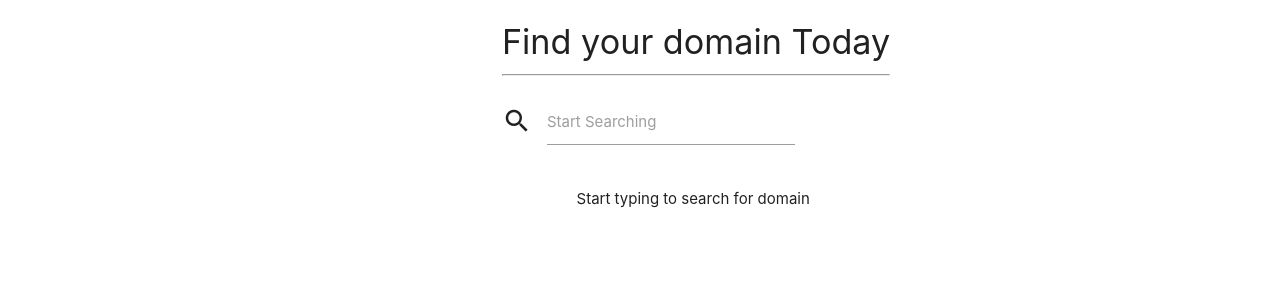
Repository: habib-urrehmaan/domain-name-searcher
Page: / (app in client/)
An editor plug-in stored every save of this project. The page is shown before and after the next save, followed by the edit.
The browser window is 1280 px wide. The pictures show the whole page.
The project was rebuilt for these pictures with package versions that can differ from the ones it lists, and the page was loaded fresh each time.

Above is the page before, as saved 2020-04-17 18:13:22.

### client/public/index.html
<!DOCTYPE html>
<html lang="en">
  <head>
    <meta charset="utf-8" />
    <link rel="icon" href="%PUBLIC_URL%/favicon.ico" />
    <meta name="viewport" content="width=device-width, initial-scale=1" />
    <meta name="theme-color" content="#000000" />
    <meta
      name="description"
      content="Web site created using create-react-app"
    />
    <link rel="apple-touch-icon" href="%PUBLIC_URL%/logo192.png" />
    <!--
      manifest.json provides metadata used when your web app is installed on a
      user's mobile device or desktop. See https://developers.google.com/web/fundamentals/web-app-manifest/
    -->
    <link rel="manifest" href="%PUBLIC_URL%/manifest.json" />
    <!--
      Notice the use of %PUBLIC_URL% in the tags above.
      It will be replaced with the URL of the `public` folder during the build.
      Only files inside the `public` folder can be referenced from the HTML.

      Unlike "/favicon.ico" or "favicon.ico", "%PUBLIC_URL%/favicon.ico" will
      work correctly both with client-side routing and a non-root public URL.
      Learn how to configure a non-root public URL by running `npm run build`.
    -->
    <link rel="stylesheet" href="https://cdnjs.cloudflare.com/ajax/libs/materialize/1.0.0/css/materialize.min.css">
    <link href="https://fonts.googleapis.com/icon?family=Material+Icons" rel="stylesheet">
     <!-- Compiled and minified JavaScript -->
     <script src="https://cdnjs.cloudflare.com/ajax/libs/materialize/1.0.0/js/materialize.min.js"></script>
    <title>React App</title>
  </head>
  <body>
    <noscript>You need to enable JavaScript to run this app.</noscript>
    <div id="root"></div>
    <!--
      This HTML file is a template.
      If you open it directly in the browser, you will see an empty page.

      You can add webfonts, meta tags, or analytics to this file.
      The build step will place the bundled scripts into the <body> tag.

      To begin the development, run `npm start` or `yarn start`.
      To create a production bundle, use `npm run build` or `yarn build`.
    -->
  </body>
</html>

### client/src/index.js
import React from 'react';
import ReactDOM from 'react-dom';
import './index.css';
import App from './App';

ReactDOM.render(
  <React.StrictMode>
    <App />
  </React.StrictMode>,
  document.getElementById('root')
);

// If you want your app to work offline and load faster, you can change
// unregister() to register() below. Note this comes with some pitfalls.
// Learn more about service workers: https://bit.ly/CRA-PWA
// serviceWorker.unregister();

### client/src/App.js
import React from 'react';
import Search from './Search';
import Output from './Output';

class App extends React.Component {

  constructor(props)
  {
    super(props);
    this.state ={
      output:null
    }
  }


  setAppOutput = (outputData) =>
  {
    console.log("setting output value")

    this.setState({
      output:outputData
    })
  }

  render()
  {
    return (
      <>
      <div className="App container">
        <Search setOutput={this.setAppOutput}/>
        <Output data={this.state.output}/>
      </div>
      </>
    );
  }
}

export default App;

### client/src/Search.js
import React, { Component } from 'react'
import axios from 'axios'

class Search extends Component {

    constructor(props)
    {
        super(props);
        console.log(props)
    }

    onChangeHandler = (e) =>
    {
        axios({
            'method': 'GET',
            'url': `http://localhost:5000/domain/search?domain=${e.target.value}`,
            'ContentType':'application/json'
        }).then((response)=>{

            var obj = JSON.parse(response.data.data);
            this.props.setOutput(obj);
        }).catch(error=>{
            console.log(error);
        });
    }

    render() {
        return (
            <div>
                <div className="row">
                    <div className="col offset-s4">
                        <h4>Find your domain Today</h4><hr/>
                    </div>
                    <div className="input-field col offset-s4">
                        <i className="material-icons prefix">search</i>
                        <input id="search" type="text" className="validate" onChange={this.onChangeHandler}/>
                        <label htmlFor="search">Start Searching</label>
                    </div>
                </div>
            </div>
        )
    }
}

export default Search;

### client/src/Output.js
import React from 'react'

export default function Output(props) {

    let {data} = props;
    console.log("output data",data);
    return (
        <div className="row">
        {(data)?(<div className="col offset-s5">{(data.available)?(<div><span>Congratulations! This domain is available</span><br/>
            <span><b>Price:</b>{data.price}{data.currency}</span></div>):(data.code)?(<div>{data.message}</div>):(<span>Sorry this domain is not Available</span>)}</div>)
            :(<div className="col offset-s5">Start typing to search for domain</div>)}


        </div>
    )
}

Loaded but not shown: client/src/index.css (common file)

After the next save:
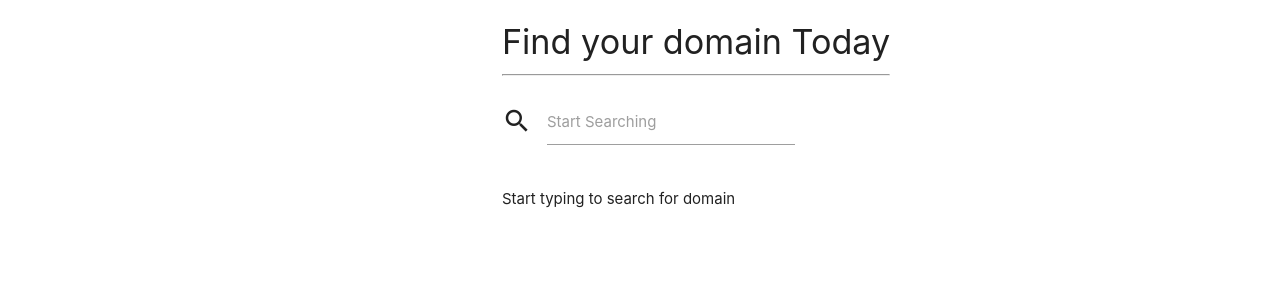
Saved 17 s later.
--- a/client/src/Output.js
+++ b/client/src/Output.js
@@ -6,9 +6,9 @@ export default function Output(props) {
     console.log("output data",data);
     return (
         <div className="row">
-        {(data)?(<div className="col offset-s5">{(data.available)?(<div><span>Congratulations! This domain is available</span><br/>
+        {(data)?(<div className="col offset-s4">{(data.available)?(<div><span>Congratulations! This domain is available</span><br/>
             <span><b>Price:</b>{data.price}{data.currency}</span></div>):(data.code)?(<div>{data.message}</div>):(<span>Sorry this domain is not Available</span>)}</div>)
-            :(<div className="col offset-s5">Start typing to search for domain</div>)}
+            :(<div className="col offset-s4">Start typing to search for domain</div>)}
 
 
         </div>
